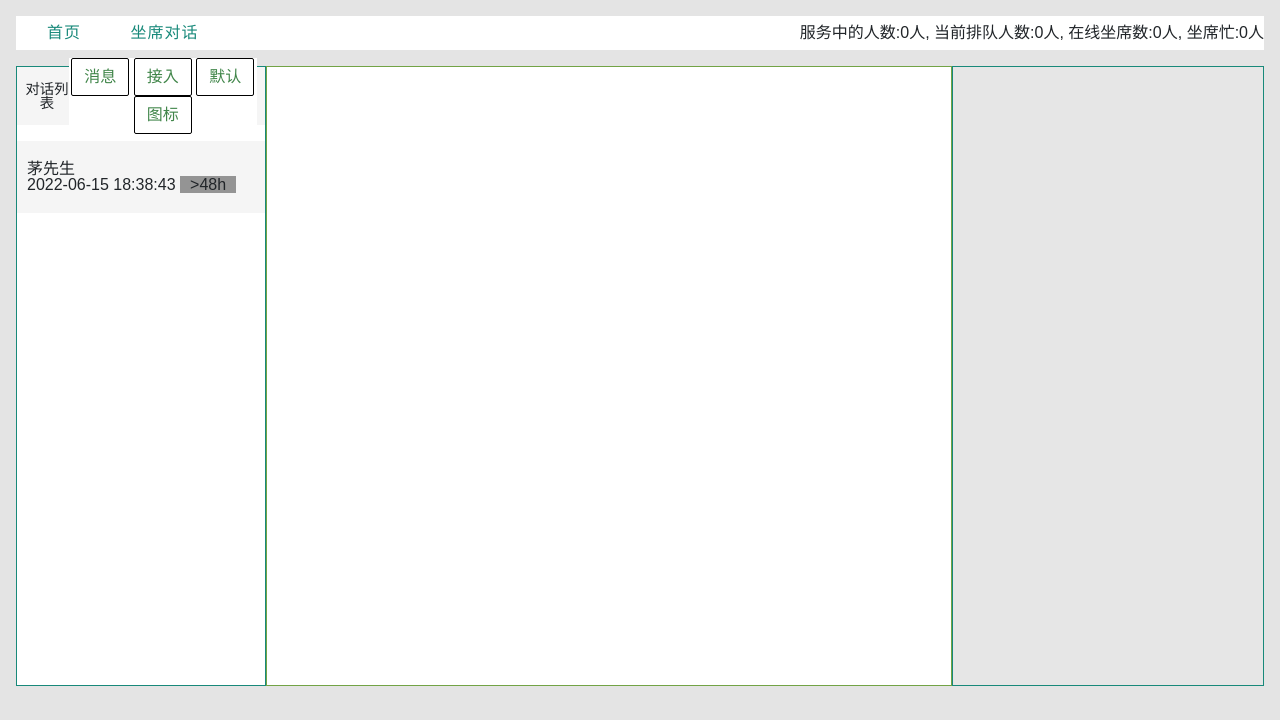
Repository: 8ecomeDreamer/personal_task
Page: html5_responsive_layout/project/src/html/index.html
The author's editor kept a copy of each file at every save. The page is drawn from the files as they stood at one save, then again after the next save.
The browser window is 1280 px wide. The pictures show the whole page.
The style sheet was rebuilt from its Sass, Less or Tailwind sources for each picture, by a compiler version that may differ from the author's.

Above is the page before, as saved 2022-11-07 21:23:03.

After the next save:
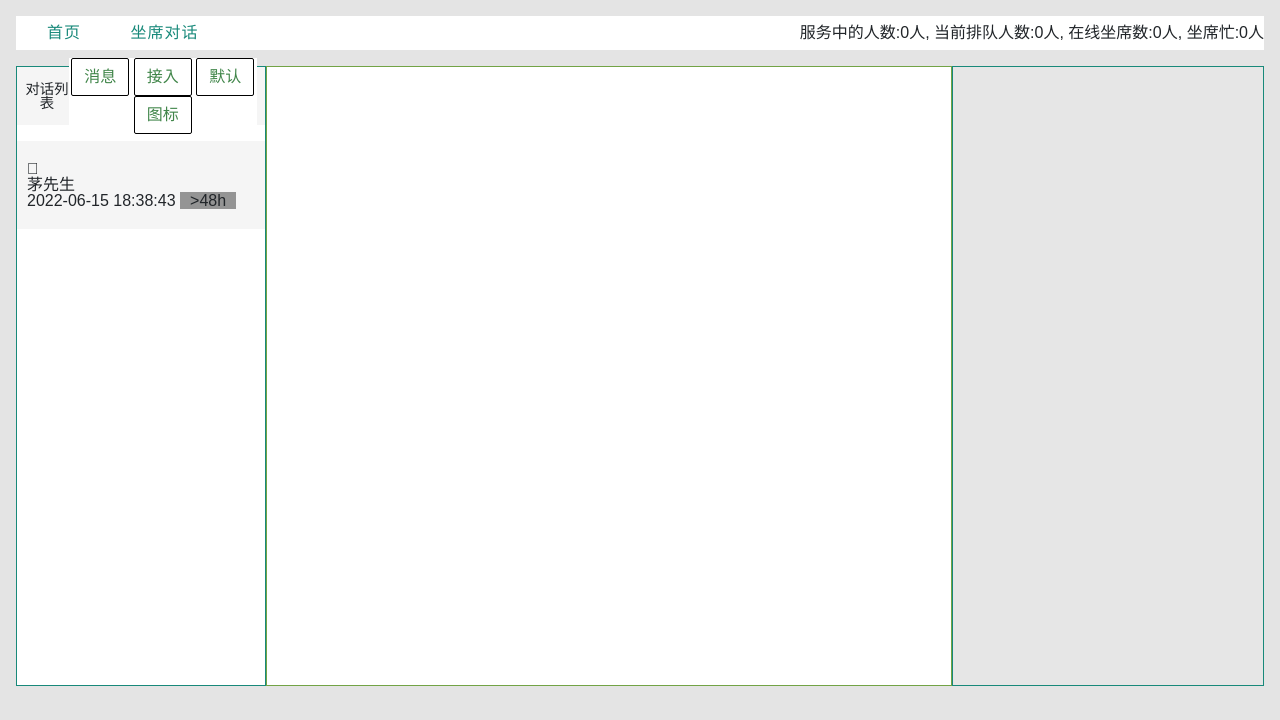
Saved 9 s later.
--- a/html5_responsive_layout/project/src/html/index.html
+++ b/html5_responsive_layout/project/src/html/index.html
@@ -55,7 +55,7 @@
                 <div class="content">
                     <div class="item">
                         <div class="avatar">
-                            <i class="inconfont "></i>
+                            <i class="inconfont icon-touxiang"></i>
                         </div>
                         <div class="info">
                             <p class="userName">茅先生</p>
